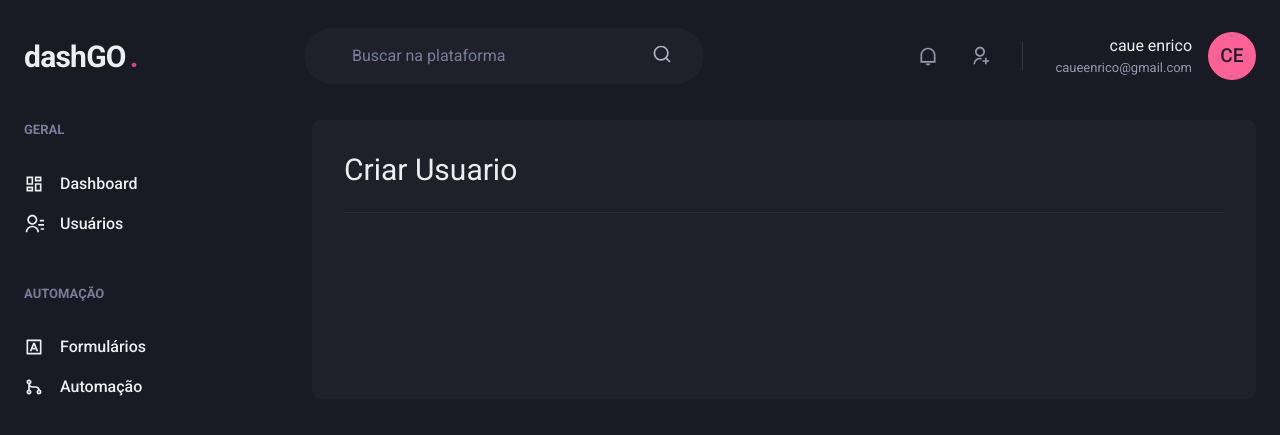
Repository: caueenrico/DashGO
Page: /user/create
The author's editor kept a copy of each file at every save. The page is drawn from the files as they stood at one save, then again after a run of saves.
The browser window is 1280 px wide. The pictures show the whole page.
The project was rebuilt for these pictures with package versions that can differ from the ones it lists, and the page was loaded fresh each time. The framework's server and built-in components were replaced by stand-ins that run in the browser. Also part of the build but not shown: next.config.js.

Above is the page before, as saved 2023-03-16 16:31:44.

After the next 7 saves:
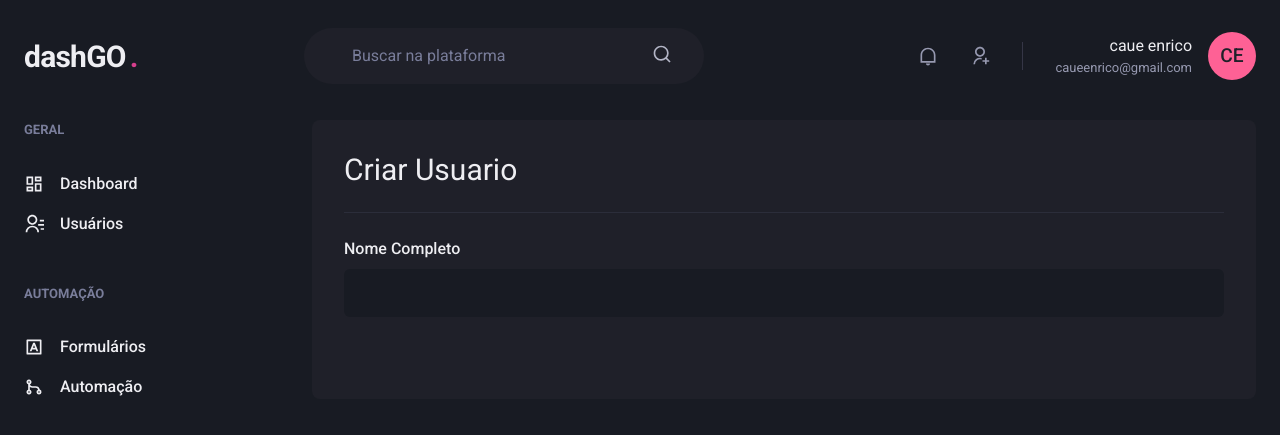
The 7 saves are shown as one change because 2 did not build or start and some came seconds apart.
The last was saved 30 s later.
--- a/src/pages/user/create.tsx
+++ b/src/pages/user/create.tsx
@@ -1,3 +1,4 @@
+import { Input } from "@/components/Form/Input";
 import { Header } from "@/components/Header";
 import { Pagination } from "@/components/Pagination";
 import { SideBar } from "@/components/SideBar";
@@ -18,6 +19,7 @@ export default function UserList() {
 
           <VStack spacing="8">
             <SimpleGrid minChildWidth="240px" spacing="8" w="100%">
+              <Input name="name" label="Nome Completo" />
 
             </SimpleGrid>
           </VStack>
